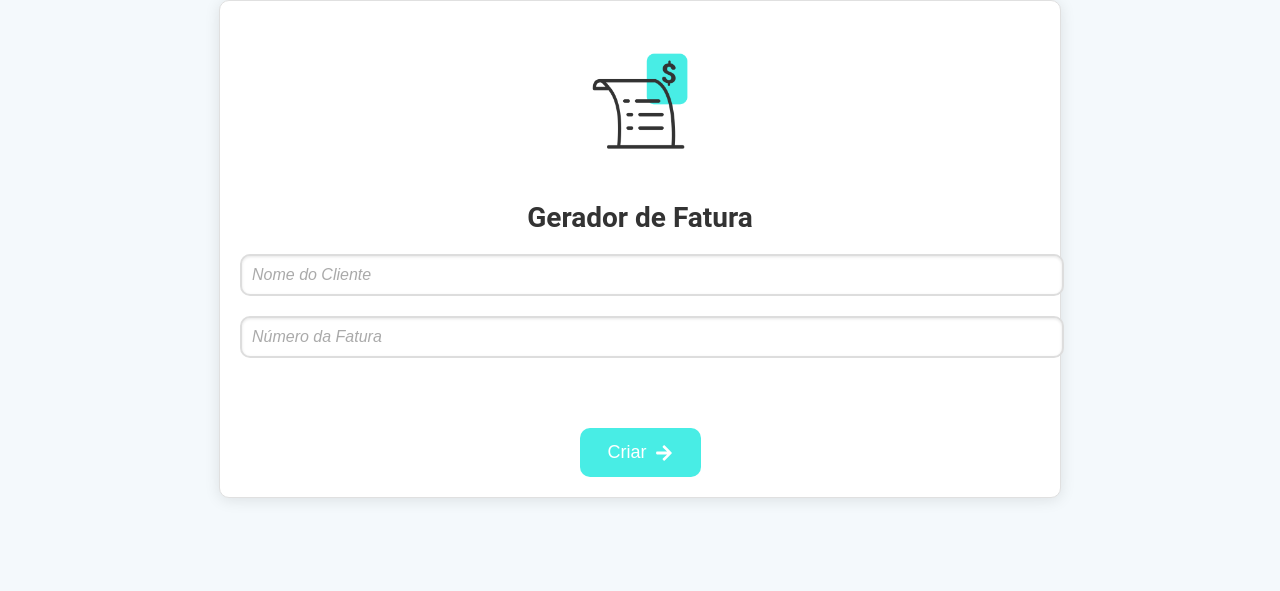
Repository: devthmedu/Invoice-Generator
Page: /
The author's editor kept a copy of each file at every save. The page is drawn from the files as they stood at one save, then again after the next save.
The browser window is 1280 px wide. The pictures show the whole page.
The project was rebuilt for these pictures with package versions that can differ from the ones it lists, and the page was loaded fresh each time. Also part of the build but not shown: vite.config.js, src/Componete/Template.jsx.

Above is the page before, as saved 2024-07-16 19:41:22.

After the next save:
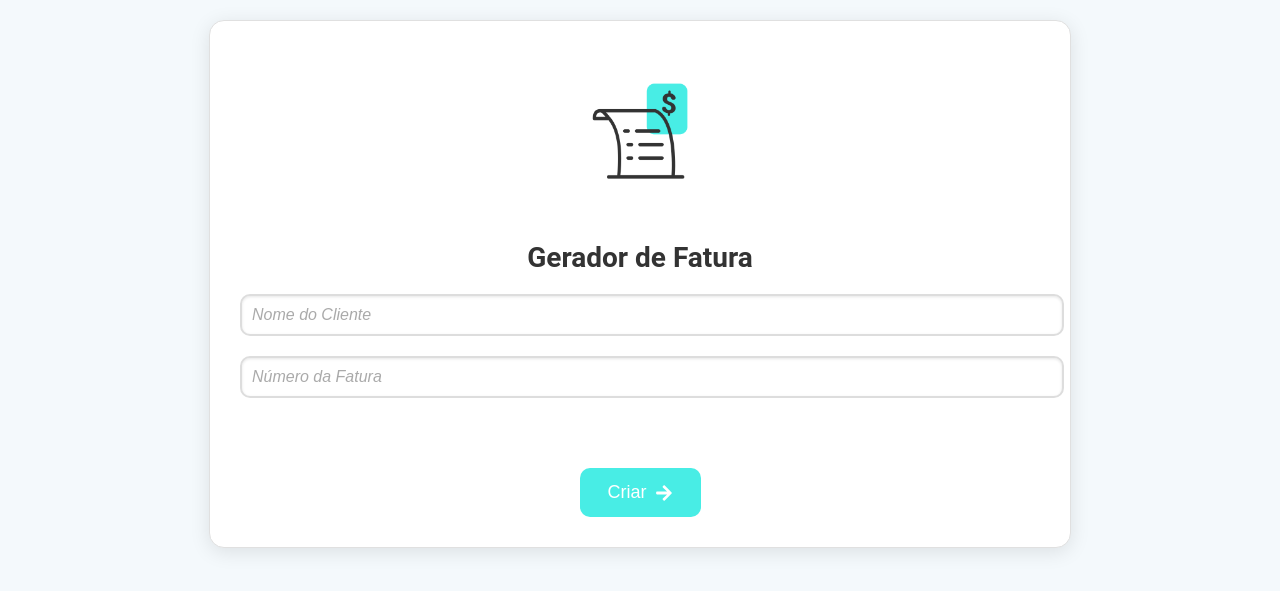
Saved 34 s later.
--- a/src/Componete/Template.css
+++ b/src/Componete/Template.css
@@ -1,139 +1,139 @@
 /* Container styles */
 .container {
-    max-width: 800px;
-    margin: 0 auto;
-    padding: 20px;
-    background: #ffffff;
-    border-radius: 10px;
-    box-shadow: 0 2px 15px rgba(0, 0, 0, 0.1);
+    max-width: 800px; /* Largura ideal */
+    margin: 20px auto; /* Centralização */
+    padding: 30px; /* Padding generoso */
+    background: #ffffff; /* Fundo branco */
+    border-radius: 15px; /* Cantos mais arredondados */
+    box-shadow: 0 4px 20px rgba(0, 0, 0, 0.1); /* Sombra mais suave */
 }
 
 /* Logo styles */
 .logo {
     text-align: center;
-    margin-bottom: 20px;
+    margin-bottom: 30px; /* Espaço maior abaixo do logo */
 }
 
 .logo img {
-    max-width: 100px;
+    max-width: 120px; /* Aumentando o tamanho do logo */
 }
 
 /* Title styles */
 h1 {
     text-align: center;
-    color: #48ede5;
-    font-size: 28px;
-    margin-bottom: 20px;
+    color: #48ede5; /* Cor do título */
+    font-size: 32px; /* Tamanho de fonte aumentado */
+    margin-bottom: 25px; /* Espaço abaixo do título */
 }
 
 /* Client information styles */
 .client-info {
-    margin-bottom: 20px;
-    padding: 10px;
-    background-color: #f9f9f9;
-    border-radius: 5px;
-    border: 1px solid #ddd;
-    font-size: 16px;
-    color: #333;
+    margin-bottom: 25px; /* Espaço abaixo das informações do cliente */
+    padding: 15px; /* Padding aumentado */
+    background-color: #f9f9f9; /* Fundo cinza claro */
+    border-radius: 8px; /* Cantos arredondados */
+    border: 1px solid #ddd; /* Borda sutil */
+    font-size: 16px; /* Tamanho da fonte */
+    color: #333; /* Cor do texto */
 }
 
 .client-info p {
-    margin: 5px 0;
+    margin: 8px 0; /* Mais espaço entre os parágrafos */
 }
 
 /* Table styles */
 .table {
-    width: 100%;
-    border-collapse: collapse;
-    margin-top: 20px;
+    width: 100%; /* Largura total */
+    border-collapse: collapse; /* Elimina espaços entre as células */
+    margin-top: 25px; /* Espaço acima da tabela */
 }
 
 .table thead {
-    background: #48ede5;
-    color: #ffffff;
+    background: #48ede5; /* Fundo do cabeçalho */
+    color: #ffffff; /* Texto branco */
 }
 
 .table th, .table td {
-    padding: 12px;
-    text-align: left;
-    border-bottom: 1px solid #ddd;
+    padding: 15px; /* Padding mais confortável */
+    text-align: left; /* Alinhamento à esquerda */
+    border-bottom: 1px solid #ddd; /* Borda inferior */
 }
 
 .table th {
-    font-size: 1.1em;
+    font-size: 1.2em; /* Tamanho maior para cabeçalho */
 }
 
 .table tbody tr:hover {
-    background: #f1f1f1;
+    background: #f1f1f1; /* Efeito hover nas linhas */
 }
 
 /* Notes styles */
 .notes {
-    margin-top: 20px;
-    font-style: italic;
-    color: #555;
+    margin-top: 25px; /* Espaço acima das notas */
+    font-style: italic; /* Estilo itálico */
+    color: #555; /* Cor das notas */
 }
 
 /* Button styles */
 .button-group {
     display: flex;
-    justify-content: space-between;
-    margin-top: 20px;
+    justify-content: space-between; /* Espaçamento entre botões */
+    margin-top: 25px; /* Espaço acima do grupo de botões */
 }
 
 .button-group button {
-    padding: 10px 15px;
-    background: #48ede5;
-    color: white;
-    border: none;
-    border-radius: 5px;
-    cursor: pointer;
-    transition: background 0.3s ease, transform 0.2s;
+    padding: 12px 18px; /* Padding confortável */
+    background: #48ede5; /* Cor do botão */
+    color: white; /* Texto branco */
+    border: none; /* Sem borda */
+    border-radius: 8px; /* Cantos arredondados */
+    cursor: pointer; /* Cursor de ponteiro */
+    transition: background 0.3s ease, transform 0.2s; /* Transições suaves */
 }
 
 .button-group button:hover {
-    background: #36b4d3;
-    transform: scale(1.05);
+    background: #36b4d3; /* Tom mais escuro ao passar o mouse */
+    transform: scale(1.05); /* Efeito de zoom leve */
 }
 
 /* Dialog title styles */
 .dialog-title {
-    display: flex;
-    justify-content: space-between;
-    align-items: center;
+    display: flex; /* Flexbox para alinhamento */
+    justify-content: space-between; /* Espaço entre título e botão */
+    align-items: center; /* Centraliza verticalmente */
 }
 
 .dialog-title .hed {
-    font-size: 1.5em;
-    font-weight: bold;
-    color: #48ede5;
+    font-size: 1.6em; /* Tamanho do título da dialog */
+    font-weight: bold; /* Negrito */
+    color: #48ede5; /* Cor do título */
 }
 
 /* Form styles */
 .forms {
     display: flex;
-    flex-direction: column;
+    flex-direction: column; /* Layout em coluna para os inputs */
 }
 
 .forms input {
-    width: 100%;
-    padding: 10px;
-    margin: 5px 0;
-    border: 1px solid #ccc;
-    border-radius: 5px;
-    transition: border-color 0.3s;
+    width: 100%; /* Largura total */
+    padding: 12px; /* Padding mais confortável */
+    margin: 8px 0; /* Espaço entre os inputs */
+    border: 1px solid #ccc; /* Borda padrão */
+    border-radius: 8px; /* Cantos arredondados */
+    transition: border-color 0.3s; /* Transição suave ao focar */
 }
 
 .forms input:focus {
-    border-color: #48ede5;
-    outline: none;
+    border-color: #48ede5; /* Cor de destaque ao focar */
+    outline: none; /* Remove o contorno padrão */
 }
 
 .forms input::placeholder {
-    color: #aaa;
+    color: #aaa; /* Placeholder mais claro */
 }
 
 /* Icon styles */
 .icon-cross {
-    cursor: pointer;
+    cursor: pointer; /* Cursor de ponteiro */
 }
